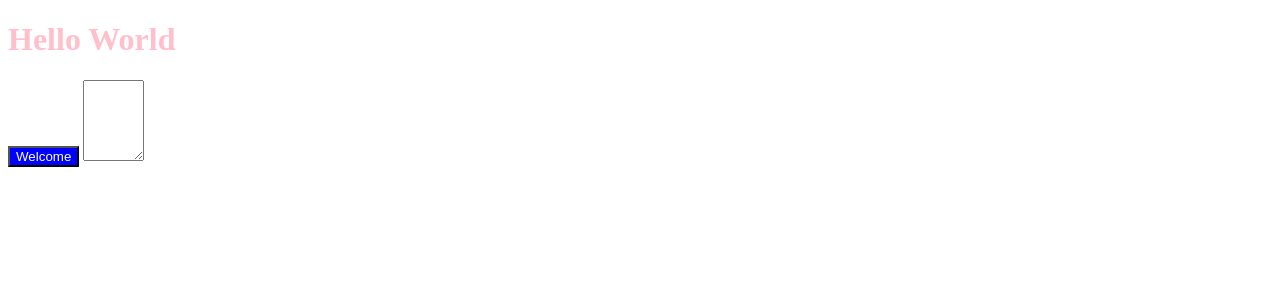
Repository: Flamemaster921/Feature-Showcase
Page: Index/firstPage/Website.html
An editor plug-in stored every save of this project. The page is shown before and after the next save, followed by the edit.
The browser window is 1280 px wide. The pictures show the whole page.

Above is the page before, as saved 2025-12-15 01:20:25.

### Index/firstPage/Website.html
<!DOCTYPE html>
<html lang="en">
<head>
    <meta charset="UTF-8">
    <meta name="viewport" content="width=device-width, initial-scale=1.0">
    <title>New Start</title>
    <link rel="stylesheet" href="Design.css">
</head>
<body>
    <h1>Hello World</h1>

    <button id="startButton" class="primary-btn">Welcome</button>

    <textarea rows="5" cols="5"></textarea>
</body>

### Index/firstPage/Design.css
body {
    color: pink;
}

.primary-btn {
  background-color: blue;
  color: white;
}

After the next save:
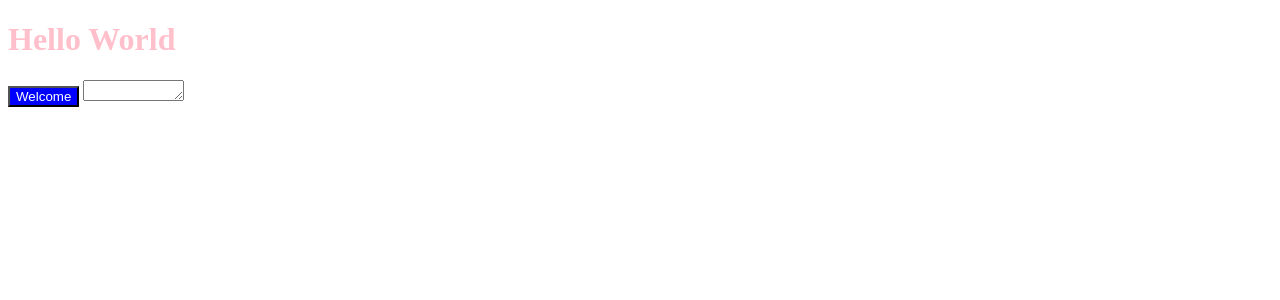
Saved 10 s later.
--- a/Index/firstPage/Website.html
+++ b/Index/firstPage/Website.html
@@ -11,5 +11,5 @@
 
     <button id="startButton" class="primary-btn">Welcome</button>
 
-    <textarea rows="5" cols="5"></textarea>
+    <textarea rows="1" cols="10"></textarea>
 </body>
